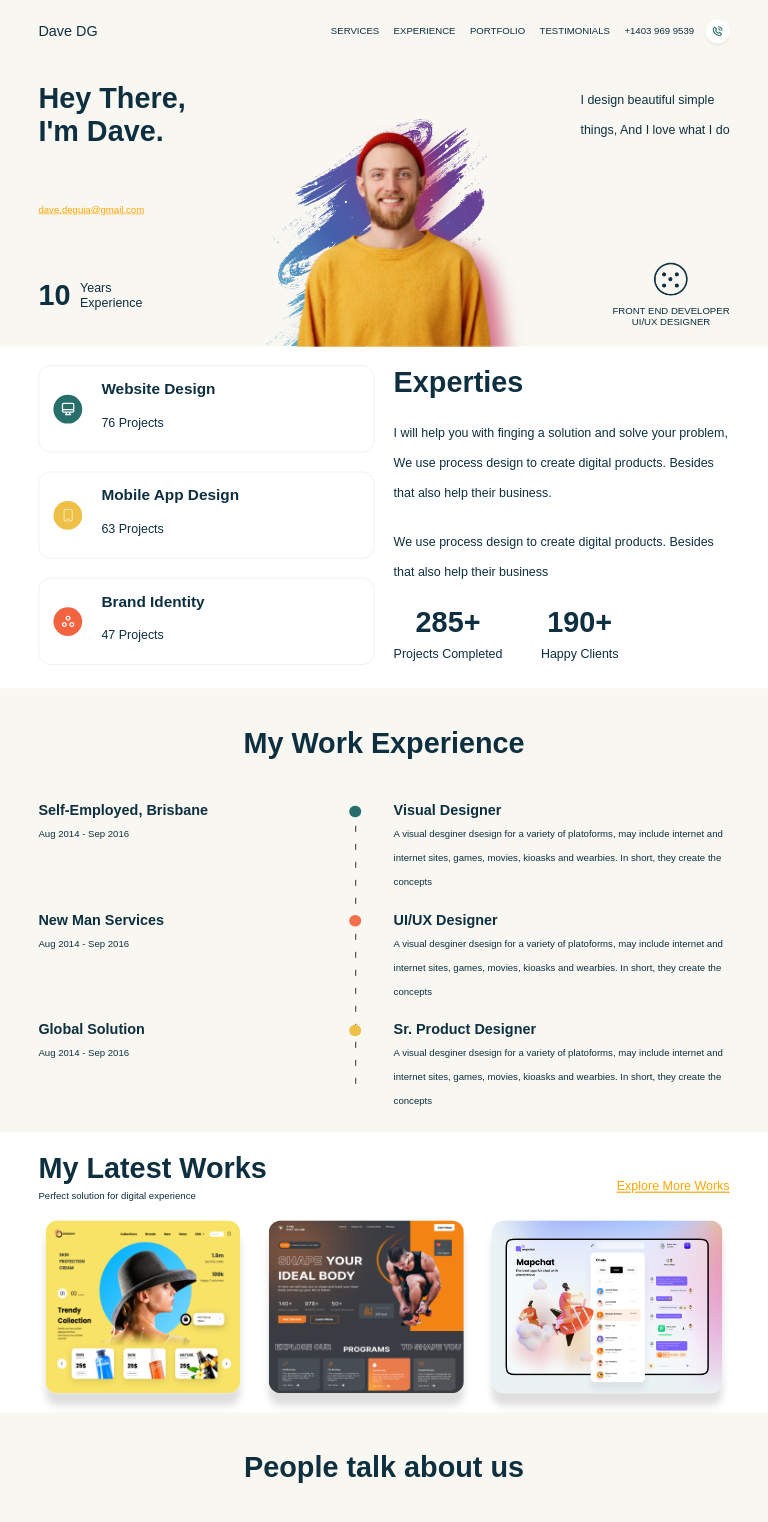
Repository: davedeguia/framer-motion-portfolio
Page: /
The author's editor kept a copy of each file at every save. The page is drawn from the files as they stood at one save, then again after the next save.
The browser window is 1280 px wide. The pictures show the whole page, at 60% of full size.
Some web fonts or font styles are not loaded; a fallback is used. The project was rebuilt for these pictures with package versions that can differ from the ones it lists, and the page was loaded fresh each time. Also part of the build but not shown: vite.config.js, src/components/People/People.module.scss.

Above is the page before, as saved 2023-02-10 22:35:04.

### index.html
<!DOCTYPE html>
<html lang="en">
  <head>
    <meta charset="UTF-8" />
    <link rel="icon" type="image/svg+xml" href="/vite.svg" />
    <meta name="viewport" content="width=device-width, initial-scale=1.0" />
    <link rel="stylesheet" href="https://stijndv.com/fonts/Eudoxus-Sans.css" />
      <title>Dave DG</title>
  </head>
  <body>
    <div id="root"></div>
    <script type="module" src="/src/main.jsx"></script>
  </body>
</html>

### src/main.jsx
import React from 'react'
import ReactDOM from 'react-dom/client'
import App from './App'
import './styles/index.css'
import './styles/global.scss'

ReactDOM.createRoot(document.getElementById('root')).render(
  <React.StrictMode>
    <App />
  </React.StrictMode>
)

### src/App.jsx
import Experties from './components/Experties/Experties'
import Header from './components/Header/Header'
import Hero from './components/Hero/Hero'
import People from './components/People/People'
import Portfolio from './components/Portfolio/Portfolio'
import Works from './components/Works/Works'
import css from './styles/app.module.scss'

const App = () => {
  return (
    <div className={`bg-primary ${css.container}`}>
      <Header />
      <Hero />
      <Experties />
      <Works />
      <Portfolio />
      <People />
    </div>
  )
}

export default App

### src/styles/index.css
* {
    margin: 0;
    padding: 0;
    box-sizing: border-box;
    scroll-behavior: smooth;
    font-family: "Eudoxus Sans", sans-serif;
  }

### src/styles/global.scss
@import './constants.scss';

.bg-primary {
  background: #F8F7F1;
}

.innerWidth {
  @media (min-width: $xxl) {
    max-width: 1280px;
    margin: auto;
  }

  width: 100%;
}

.paddings {
  @media (min-width: $sm) {
    padding: 4rem;
  }


  @media (min-width: $xl),
  (min-width: $md) {
    padding-top: 2rem;
    padding-bottom: 2rem;
  }

  padding-left: 1.5rem;
  padding-right: 1.5rem;
  padding-top: 1.5rem;
  padding-bottom: 1.5rem;
}



.xPaddings {
  @media (min-width: $sm) {
    padding-left: 4rem;
    padding-right: 4rem;
  }

  padding-left: 1.5rem;
  /* 24px */
  padding-right: 1.5rem;
  /* 24px */
}

.yPaddings {
  @media (min-width: $sm) {
    padding-top: 4rem;
    padding-bottom: 4rem;
  }

  @media (min-width: $xl) {
    padding-top: 2rem;
    padding-bottom: 2rem;
  }

  padding-top: 3rem;
  padding-bottom: 3rem;
}

.topPaddings {
  @media (min-width : $sm) {
    padding-top: 4rem;
  }

  @media (min-width: $xl) {
    padding-top: 2rem;
  }

  padding-top: 3rem;
}


.bottomPaddings {
  @media (min-width : $sm) {
    padding-bottom: 4rem;
  }

  @media (min-width: $xl) {
    padding-bottom: 2rem;
  }

  padding-bottom: 3rem;
}


.flexCenter {
  display: flex;
  justify-content: center;
  align-items: center;
}

.flexStart {
  display: flex;
  justify-content: start;
  align-items: center;
}

.flexEnd {
  display: flex;
  justify-items: end;
}

.primaryText {
  @media (max-width: $sm) {
    font-size: 2.5rem;
  }
  font-size: 3rem;
  font-weight: bold;
}

.secondaryText {
  @media (max-width: $sm) {
    font-size: 1.1rem;
    line-height: 40px;
  }
  line-height: 50px;
  font-size: 1.3rem;
  font-weight: 500
}
.anchor {
  display: block;
  position: relative;
  top: -100px;
  visibility: hidden;
}

### src/components/Experties/Experties.jsx
import React from 'react'
import css from './Experties.module.scss'
import { projectExperience, WhatDoIHelp } from '../../utils/data'
import { motion } from 'framer-motion'
import { fadeIn, staggerContainer, textVariant } from '../../utils/motion.js'

const Experties = () => {
  return (
    <motion.section
      variants={staggerContainer}
      initial='hidden'
      whileInView='show'
      viewport={{ once: false, amount: 0.25 }}
      className={css.wrapper}
    >
      <div
        className={`paddings yPaddings flexCenter innerWidth ${css.container}`}
      >
        <div className={css.leftSide}>
          {projectExperience.map((exp, i) => {
            return (
              <motion.div
                variants={fadeIn('right', 'tween', (i + 1) * 0.2, 1)}
                className={css.exp}
                key={i}
              >
                <div className='flexCenter' style={{ background: exp.bg }}>
                  <exp.icon size={25} color='white' />
                </div>

                <div>
                  <span>{exp.name}</span>
                  <span className='secondaryText'>{exp.projects} Projects</span>
                </div>
              </motion.div>
            )
          })}
        </div>
        <motion.div variants={textVariant(0.5)} className={css.rightSide}>
          <span className='primaryText'>Experties </span>
          {WhatDoIHelp.map((paragraph, i) => {
            return (
              <span className='secondaryText' key={i}>
                {paragraph}
              </span>
            )
          })}

          <div className={`flexCenter ${css.stats}`}>
            <div className={`flexCenter ${css.stat}`}>
              <span className='primaryText'>285+</span>
              <span className='secondaryText'>Projects Completed</span>
            </div>

            <div className={`flexCenter ${css.stat}`}>
              <span className='primaryText'>190+</span>
              <span className='secondaryText'>Happy Clients</span>
            </div>
          </div>
        </motion.div>
      </div>
    </motion.section>
  )
}

export default Experties

### src/components/Header/Header.jsx
import React, { useState, useRef } from 'react'
import css from './Header.module.scss'
import { BiMenuAltRight, BiPhoneCall } from 'react-icons/bi'
import { motion } from 'framer-motion'
import { getMenuStyles, headerVariants } from '../../utils/motion'
import useOutsideAlerter from '../../hooks/useOutsideAlerter'
import useHeaderShadow from '../../hooks/useHeaderShadow'

const Header = () => {
  const menuRef = useRef(null)
  const [menuOpened, setMenuOpened] = useState(false)
  const headerShadow = useHeaderShadow()

  //to handle click outside of sidebar on mobile
  useOutsideAlerter({
    menuRef,
    setMenuOpened,
  })

  return (
    <motion.div
      initial='hidden'
      whileInView='show'
      variants={headerVariants}
      viewport={{ once: false, amount: 0.25 }}
      className={`bg-primary paddings ${css.wrapper}`}
      style={{ boxShadow: headerShadow }}
    >
      <div className={`flexCenter innerWidth ${css.container}`}>
        <div className={css.name}>Dave DG</div>
        <ul
          style={getMenuStyles(menuOpened)}
          className={`flexCenter ${css.menu}`}
        >
          <li>
            <a href='#experties'>Services</a>
          </li>

          <li>
            <a href='#work'>Experience</a>
          </li>

          <li>
            <a href='#portfolio'>Portfolio</a>
          </li>

          <li>
            <a href='#people'>Testimonials</a>
          </li>

          <li className={`flexCenter ${css.phone}`}>
            <p>+1403 969 9539</p>
            <BiPhoneCall size={'40px'} />
          </li>
        </ul>
        {/* for medium and small screens */}
        <div
          className={css.menuIcon}
          onClick={() => setMenuOpened((prev) => !prev)}
        >
          <BiMenuAltRight size={30} />
        </div>
      </div>
    </motion.div>
  )
}

export default Header

### src/components/Hero/Hero.jsx
import React from 'react'
import css from './Hero.module.scss'
import { motion } from 'framer-motion'
import { fadeIn, slideIn, staggerContainer } from '../../utils/motion'

const Hero = () => {
  return (
    <section className={`paddings ${css.wrapper}`}>
      <motion.div
        variants={staggerContainer}
        initial='hidden'
        whileInView='show'
        viewport={{ once: false, amount: 0.25 }}
        className={`innerWidth ${css.container}`}
      >
        {/* upper elements */}
        <div className={css.upperElements}>
          <motion.span
            variants={fadeIn('right', 'tween', 0.2, 1)}
            className='primaryText'
          >
            Hey There, <br /> I'm Dave.
          </motion.span>
          <motion.span
            variants={fadeIn('left', 'tween', 0.4, 1)}
            className='secondaryText'
          >
            I design beautiful simple <br /> things, And I love what I do
          </motion.span>
        </div>

        {/* person image */}
        <motion.div
          variants={fadeIn('up', 'tween', 0.3, 1)}
          className={css.person}
        >
          <motion.img
            variants={slideIn('up', 'tween', 0.5, 1.3)}
            src='./person.png'
            alt=''
          />
        </motion.div>

        {/* email */}
        <a className={css.email} href='mailto:dave.deguia@gmail.com'>
          dave.deguia@gmail.com
        </a>

        {/* lower elements */}
        <div className={css.lowerElements}>
          <div className={css.experience}>
            <div className='primaryText'>10</div>
            <div className='secondaryText'>
              <div>Years</div>
              <div>Experience</div>
            </div>
          </div>
          <div className={css.certificate}>
            <img src='./certificate.png' alt='' />
            <span>FRONT END DEVELOPER</span>
            <span>UI/UX DESIGNER</span>
          </div>
        </div>
      </motion.div>
    </section>
  )
}

export default Hero

### src/components/People/People.jsx
import React from 'react'
import css from './People.module.scss'
import { motion } from 'framer-motion'
import { staggerChildren } from '../../utils/motion.js'

const People = () => {
  return (
    <motion.section
      variants={staggerChildren}
      initial='hidden'
      whileInView='show'
      viewport={{ once: false, amount: 0.25 }}
      className={`paddings ${css.wrapper}`}
    >
      <div className={`yPaddings innerWidth ${css.wrapper}`}>
        <div className={`flexCenter ${css.heading}`}>
          <span className='primaryText'>People talk about us</span>
        </div>
      </div>
    </motion.section>
  )
}

export default People

### src/components/Portfolio/Portfolio.jsx
import React from 'react'
import { motion } from 'framer-motion'
import css from './Portfolio.module.scss'
import { fadeIn, staggerChildren, textVariant } from '../../utils/motion'
const Portfolio = () => {
  return (
    <motion.section
      variants={staggerChildren}
      initial='hidden'
      whileInView='show'
      viewport={{ once: false, amount: 0.25 }}
      className={`paddings ${css.wrapper}`}
    >
      <a className='anchor' id='portfolio'></a>

      <div className={`innerWidth flexCenter ${css.container}`}>
        <motion.div
          variants={textVariant(0.4)}
          className={`flexCenter ${css.heading}`}
        >
          <div>
            <span className='primaryText'>My Latest Works</span>
            <p style={{ marginTop: '10px' }}>
              Perfect solution for digital experience
            </p>
          </div>
          <span className='secondaryText'>Explore More Works</span>
        </motion.div>

        <div className={`flexCenter ${css.showCase}`}>
          <motion.img
            variants={fadeIn('up', 'tween', 0.5, 0.6)}
            src='./showCase1.png'
            alt='project'
          />
          <motion.img
            variants={fadeIn('up', 'tween', 0.7, 0.6)}
            src='./showCase2.png'
            alt='project'
          />
          <motion.img
            variants={fadeIn('up', 'tween', 0.9, 0.6)}
            src='./showCase3.png'
            alt='project'
          />
        </div>
      </div>
    </motion.section>
  )
}

export default Portfolio

### src/components/Works/Works.jsx
import React from 'react'
import { workExp } from '../../utils/data'
import css from './Works.module.scss'
import { motion } from 'framer-motion'
import {
  fadeIn,
  staggerChildren,
  textVariant2,
  zoomIn,
} from '../../utils/motion'
const Works = () => {
  return (
    <motion.section
      variants={staggerChildren}
      initial='hidden'
      whileInView='show'
      viewport={{ once: false, amount: 0.25 }}
      className={`paddings ${css.wrapper}`}
    >
      <a className='anchor' id='work'></a>

      <div className={`innerWidth flexCenter ${css.container}`}>
        {/* heading */}
        <span className='primaryText yPaddings'>My Work Experience</span>

        <div className={`flexCenter ${css.experiences}`}>
          {workExp.map((exp, i) => {
            return (
              <motion.div
                variants={textVariant2}
                key={i}
                className={`flexCenter ${css.exp}`}
              >
                <div className={css.post}>
                  <h1>{exp.place}</h1>
                  <p>{exp.tenure}</p>
                </div>
                <div className={css.role}>
                  <h1>{exp.role}</h1>
                  <p>{exp.detail}</p>
                </div>
              </motion.div>
            )
          })}

          <motion.div variants={zoomIn(1, 1)} className={css.progressbar}>
            <motion.div
              variants={fadeIn('down', 'tween', 2, 1.5)}
              className={css.line}
            ></motion.div>
            <div>
              <div
                className={css.circle}
                style={{ background: '#286F6C' }}
              ></div>
            </div>
            <div>
              <div
                className={css.circle}
                style={{ background: '#F2704E' }}
              ></div>
            </div>
            <div>
              <div
                className={css.circle}
                style={{ background: '#EEC048' }}
              ></div>
            </div>
          </motion.div>
        </div>
      </div>
    </motion.section>
  )
}

export default Works

### src/styles/app.module.scss
@import './constants.scss';

.container{
    overflow-x: clip;
    position: relative;
    color: $primary;

}

### src/components/Experties/Experties.module.scss
@import './../../styles/constants.scss';

.wrapper {
    background: white;

    .container {
        align-items: flex-start;
        gap: 2rem;
        flex-wrap: wrap;
        >div {
            flex: 1;
        }

        .leftSide {
            display: flex;
            flex-direction: column;
            gap: 2rem;

            .exp {
                display: flex;
                align-items: center;
                border: 1px solid $secondary-white;
                border-radius: 20px;
                padding: 1.5rem;
                gap: 2rem;
                transition: all 200ms ease-out;

                &:hover {
                    cursor: pointer;
                    box-shadow: 0px 21px 13px rgba(0, 0, 0, 0.04);
                }

                //icon circles
                >:nth-child(1) {
                    padding: 10px;
                    width: 3rem;
                    height: 3rem;
                    border-radius: 999px;
                }

                //description
                >:nth-child(2) {
                    display: flex;
                    flex-direction: column;
                    gap: 1rem;

                    >:nth-child(1) {
                        font-size: 1.6rem;
                        font-weight: bold;
                    }
                }

            }
        }

        .rightSide {
            @media (max-width: $sm) {
                text-align: center;
            }
            display: flex;
            flex-direction: column;
            gap: 2rem;

            .stats {
                justify-content: flex-start;
                gap: 4rem;

                .stat {
                    flex-direction: column;
                    justify-content: flex-start;
                }
            }
        }
    }
}

### src/components/Header/Header.module.scss
@import './../../styles/constants.scss';

.wrapper {
    position: relative;
    z-index: 99;
    opacity: 1;
    transform: none;
    position: sticky;
    top: 0px;
    transition: all 300ms ease;

    .container {
        position: relative;
        justify-content: space-between;
        font-weight: 500;

        .name {
            font-size: 1.5rem;
            font-weight: 500;
        }

        .menu {

            @media (max-width: $sm),
            (max-width: $md) {
                position: absolute;
                list-style: none;
                gap: 2rem;
                font-weight: 500;
                flex-direction: column;
                right: 0;
                top: 3rem;
                height: calc(100vh - 6.3rem);
                width: 50%;
                min-width: 15rem;
                background: white;
                padding: 2rem;
                display: flex;
                border-radius: 10px;
                transition: all 200ms ease;
                align-items: flex-start;
                padding: 3rem;
                justify-content: flex-start;
                box-shadow: 0px 4px 4px rgba(0, 0, 0, 0.05);
            }

            text-transform: uppercase;
            font-size: 1rem;
            list-style: none;
            gap: 1.5rem;
            cursor: pointer;

            li {
                a {
                    color: inherit;
                    text-decoration: none;
                }

                &:hover {
                    color: $secondary;
                }
            }

            .phone {
                gap: 1.2rem;
                flex-wrap: wrap;

                svg {
                    color: $secondary;
                    background-color: white;
                    padding: 10px;
                    border-radius: 999px;
                    box-shadow: 0px 4px 4px rgba(0, 0, 0, 0.05);
                }
            }
        }



        .menuIcon {

            @media (max-width: $sm),
            (max-width: $md) {
                display: block;
            }

            display: none;
        }
    }
}

### src/hooks/useOutsideAlerter.jsx
import { useEffect, useState } from "react";

export default function useOutsideAlerter({menuRef, setMenuOpened}) {
  const viewport_width = document.documentElement.clientWidth;
  useEffect(() => {
    /**
     * Alert if clicked on outside of element
     */
    function handleClickOutside(event) {
      if (menuRef.current && !menuRef.current.contains(event.target)) {
        if (viewport_width <= 640) {
            setMenuOpened(false);
        }
      }
    }
    // Bind the event listener
    document.addEventListener("mousedown", handleClickOutside);
    return () => {
      // Unbind the event listener on clean up
      document.removeEventListener("mousedown", handleClickOutside);
    };
  }, [menuRef]);

}

### src/components/Portfolio/Portfolio.module.scss
@import './../../styles/constants.scss';

.wrapper{
    background: white;
    overflow: hidden;
    .container{
        flex-direction: column;
        gap: 2rem;
        .heading{
            width: 100%;
            justify-content: space-between;
            align-items: flex-end;
            flex-wrap: wrap;
            >:nth-child(2)
            {
                text-decoration: underline;
                color: orange;
                cursor: pointer;
            }
        }

        .showCase{
            width: 100%;
            gap: 1.5rem;
            justify-content: space-around;
            flex-wrap: wrap;
            >img{

                @media (max-width: $sm) {
                    width: 100%;
                }
                border-radius: 20px;
                max-width: 25rem;
                max-height: 18rem;
                box-shadow: 0px 21px 13px rgba(0, 0, 0, 13%);
                cursor: pointer;
            }
        }
    }
}

### src/components/Works/Works.module.scss
@import './../../styles/constants.scss';

.wrapper {
    .container {
        flex-direction: column;
        gap: 2rem;

        .experiences {
            width: 100%;
            flex-direction: column;
            gap: 1.4rem;
            position: relative;

            .exp {
                width: 100%;
                justify-content: space-between;
                line-height: 40px;
                align-items: flex-start;

                >div {
                    flex: 1;
                }

                .role {
                    margin-left: 2rem;
                }
            }

            .progressbar {
                position: absolute;
                height: 100%;
                display: flex;
                flex-direction: column;
                gap: 1.4rem;
                left: 45%;

                .line {
                    position: absolute;
                    height: 92%;
                    width: 2px;
                    background-image: linear-gradient(black 33%, rgba(255, 255, 255, 0) 0%);
                    background-position: right;
                    background-size: 2px 30px;
                    background-repeat: repeat-y;
                    left: 48%;
                    z-index: 1;
                    border-radius: 5px;
                }

                >div {
                    flex: 1;
                    padding-top: .8rem;
                    z-index: 2;

                    .circle {
                        border-radius: 50%;
                        background: black;
                        width: 1.2rem;
                        height: 1.2rem;
                    }
                }
            }
        }

    }
}

Loaded but not shown: src/styles/constants.scss (common file); src/hooks/useHeaderShadow.jsx (common file); src/utils/data.js (156 lines, source omitted); src/utils/motion.js (151 lines, source omitted); src/components/Hero/Hero.module.scss (92 lines, source omitted)

After the next save:
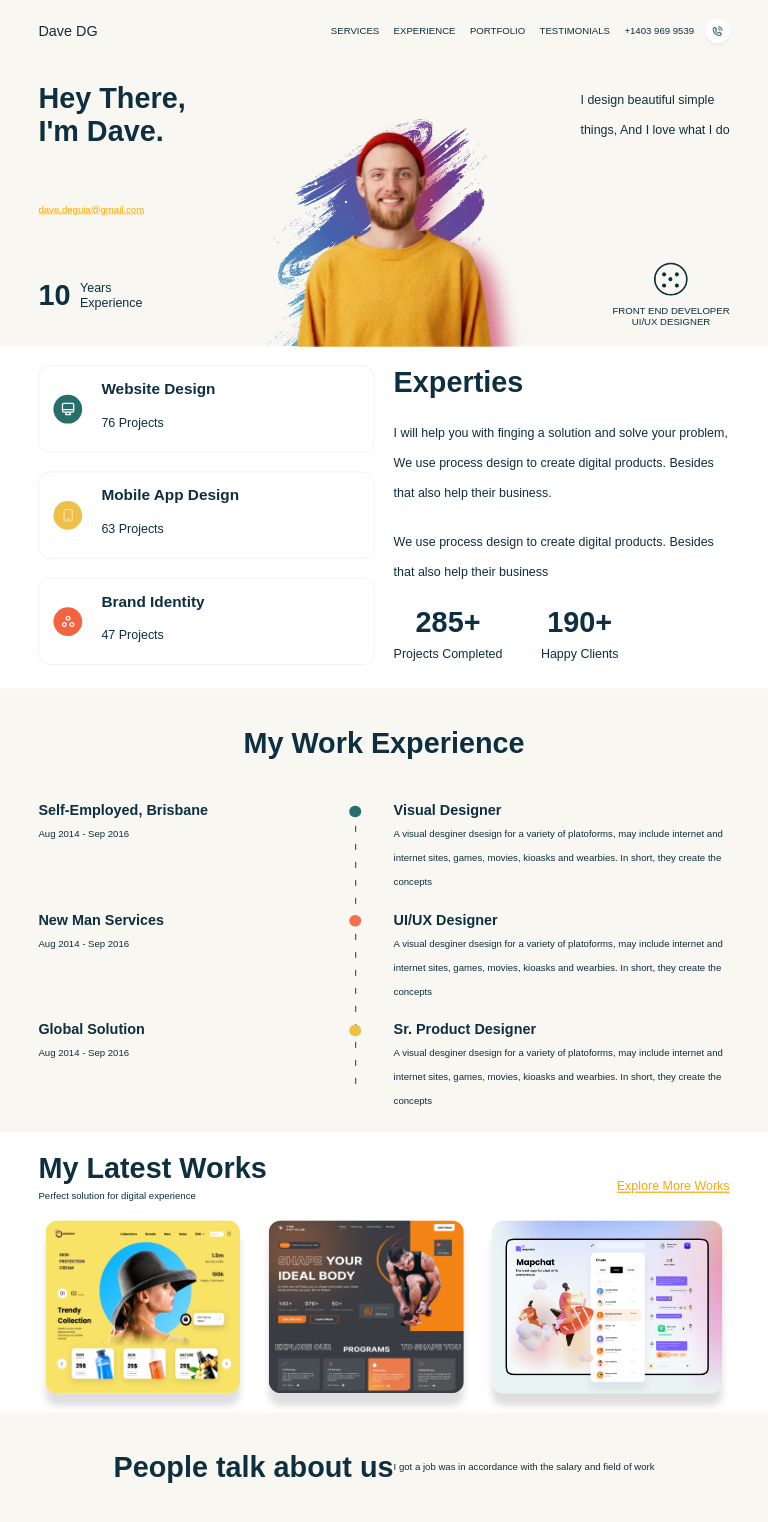
Saved 35 s later.
--- a/src/components/People/People.jsx
+++ b/src/components/People/People.jsx
@@ -15,6 +15,7 @@ const People = () => {
       <div className={`yPaddings innerWidth ${css.wrapper}`}>
         <div className={`flexCenter ${css.heading}`}>
           <span className='primaryText'>People talk about us</span>
+          <p>I got a job was in accordance with the salary and field of work</p>
         </div>
       </div>
     </motion.section>
